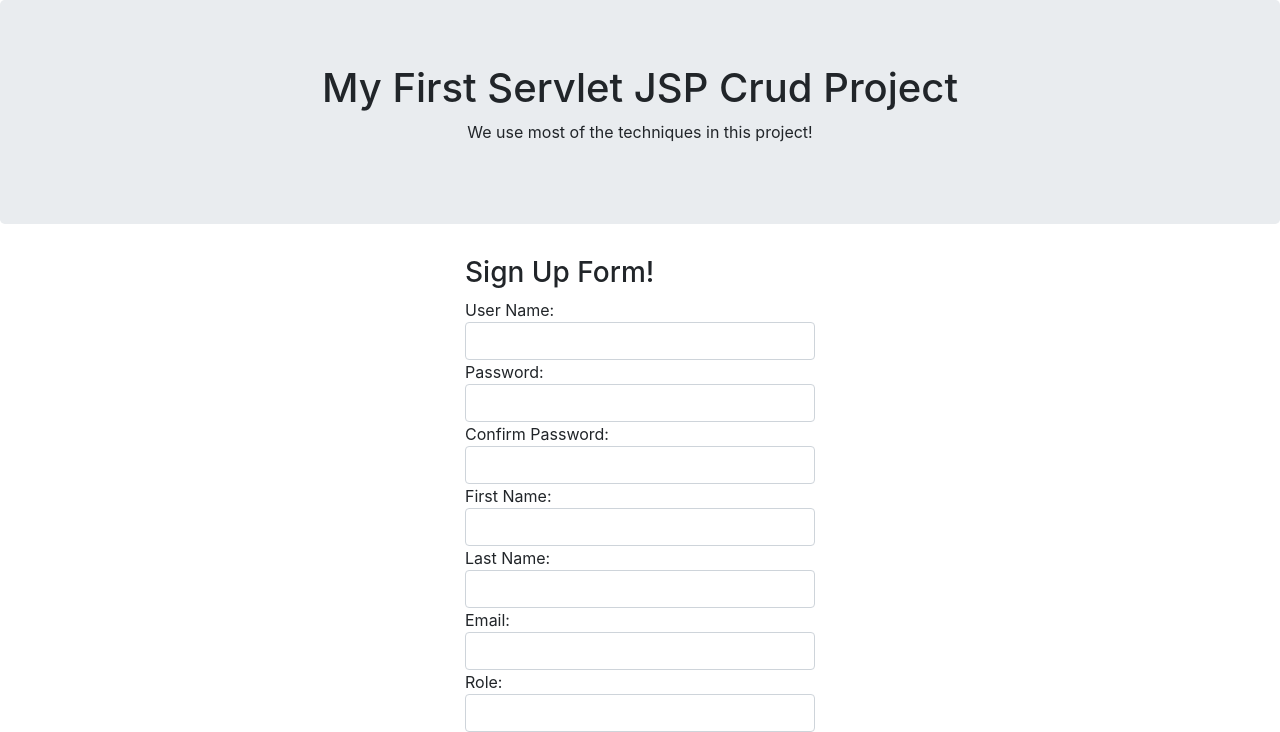
Repository: jagasia/sep-07
Page: http://localhost/sep-07-04/signup.jsp
These files come from the project's save history. The page is drawn as it stood at one moment and after the next save; the edit follows.
The browser window is 1280 px wide. The pictures show the whole page.
The page is served by Tomcat 9. Other server files are loaded and not shown.

Above is the page before, as saved 2022-09-07 09:50:05.

### sep-07-04/WebContent/signup.jsp
<%@ page language="java" contentType="text/html; charset=ISO-8859-1"
    pageEncoding="ISO-8859-1"%>
<!DOCTYPE html>
<html>
<head>
<meta charset="ISO-8859-1">
<title>Insert title here</title>
  <link rel="stylesheet" href="https://cdn.jsdelivr.net/npm/bootstrap@4.6.1/dist/css/bootstrap.min.css">
  <script src="https://cdn.jsdelivr.net/npm/jquery@3.6.0/dist/jquery.slim.min.js"></script>
  <script src="https://cdn.jsdelivr.net/npm/popper.js@1.16.1/dist/umd/popper.min.js"></script>
  <script src="https://cdn.jsdelivr.net/npm/bootstrap@4.6.1/dist/js/bootstrap.bundle.min.js"></script>
</head>
<body>
<div class="jumbotron text-center">
  <h1>My First Servlet JSP Crud Project</h1>
  <p>We use most of the techniques in this project!</p>
</div>

<div class="container">
  <div class="row">
    <div class="col-sm-4">
      <h3></h3>

    </div>
    <div class="col-sm-4">
      <h3>Sign Up Form!</h3>
      <form>
      	User Name: <input type="text" name="userName" class="form-control" />
      	Password: <input type="password" name="password" class="form-control" />
      	Confirm Password: <input type="password" name="cPassword" class="form-control" />
      	First Name: <input type="text" name="firstName" class="form-control" />
      	Last Name: <input type="text" name="lastName" class="form-control" />
      	Email: <input type="email" name="email" class="form-control" />
      	Role: <input type="text" name="role" class="form-control" />
      </form>
    </div>
    <div class="col-sm-4">
      <h3></h3>

    </div>
  </div>
</div>
</body>
</html>

After the next save:
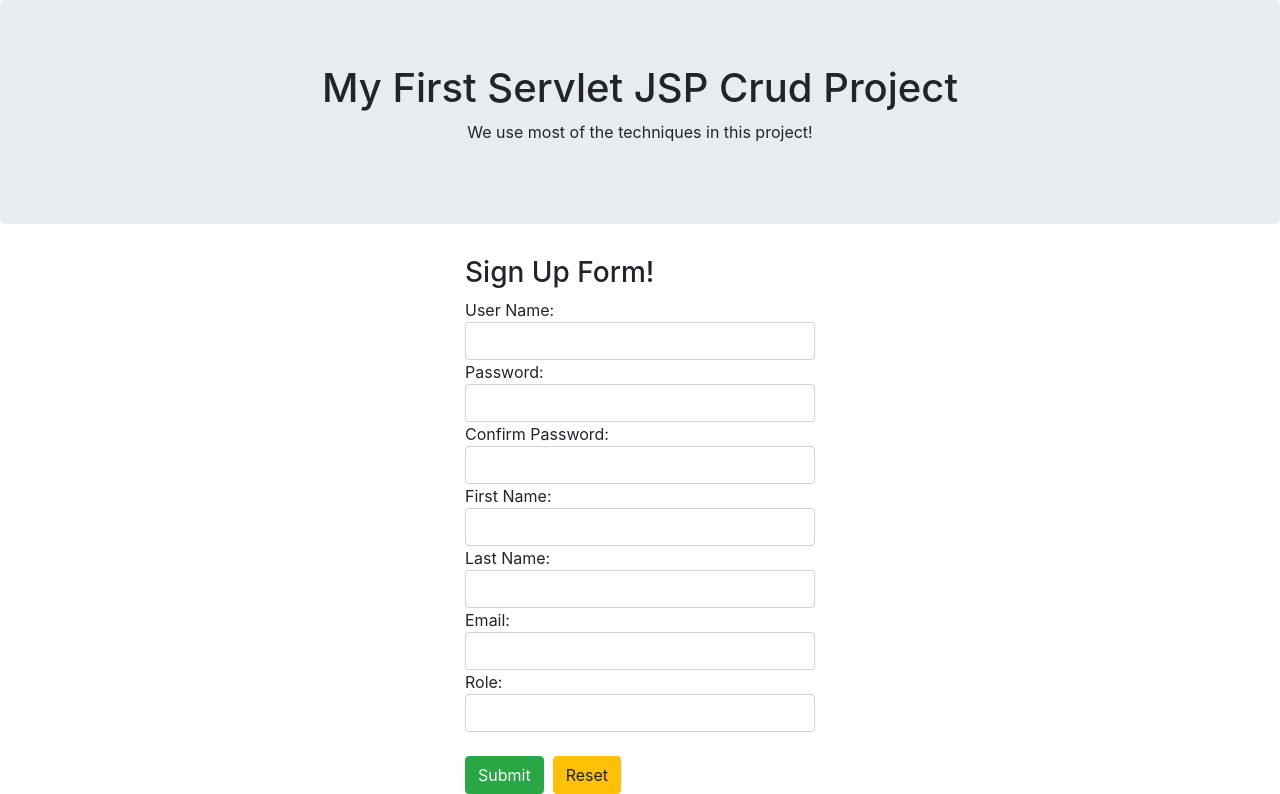
Saved 52 s later.
--- a/sep-07-04/WebContent/signup.jsp
+++ b/sep-07-04/WebContent/signup.jsp
@@ -32,6 +32,9 @@
       	Last Name: <input type="text" name="lastName" class="form-control" />
       	Email: <input type="email" name="email" class="form-control" />
       	Role: <input type="text" name="role" class="form-control" />
+      	<br/>
+      	<input type="submit" class="btn btn-success" />&nbsp;
+      	<input type="reset" class="btn btn-warning" />
       </form>
     </div>
     <div class="col-sm-4">
